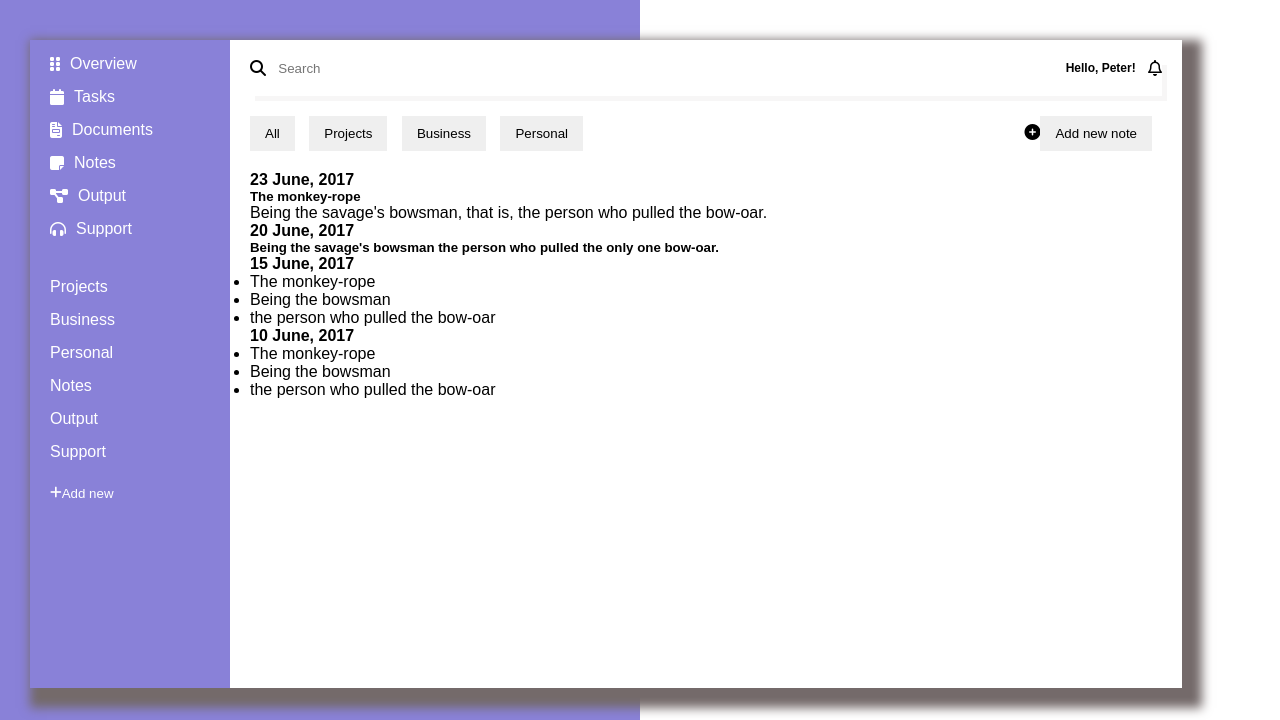
Repository: SatenikGabrielyan/HTML_CSS-_Assignment
Page: index.html
An editor plug-in stored every save of this project. The page is shown before and after a run of saves, followed by the edit.
The browser window is 1280 px wide. The pictures show the whole page.
Some web libraries are served in a nearby version.

Above is the page before, as saved 2025-03-18 00:34:33.

### index.html
<!DOCTYPE html>
<html lang="en">
  <head>
    <meta charset="UTF-8" />
    <meta name="viewport" content="width=device-width, initial-scale=1.0" />
    <title>Notes App</title>
    <link rel="stylesheet" href="./style.css" />
    <script src="https://kit.fontawesome.com/858d305f19.js" crossorigin="anonymous"></script>
</head>
  <body>
      <div class="cont">
          <div class="purp"></div>
          <div class="whit"></div>
      </div>
    <div class="container">
      <aside class="sidebar">
        <!-- <header class="circle">
            <i class="fa-regular fa-circle"></i>
        </header> -->
        <nav>
            <ul class="first">
                <li><i class="fa-solid fa-grip-vertical"></i>Overview</li>
                <li> <i class="fa-solid fa-calendar"></i>Tasks</li>
                <li><i class="fa-solid fa-file-invoice"></i>Documents</li>
                <li><i class="fa-solid fa-note-sticky"></i>Notes</li>
                <li><i class="fa-solid fa-diagram-project"></i>Output</li>
                <li><i class="fa-solid fa-headphones-simple"></i>Support</li>
            </ul>
            <ul class="second">
                <li>Projects</li>
                <li>Business</li>
                <li>Personal</li>
                <li>Notes</li>
                <li>Output</li>
                <li>Support</li>
            </ul>
        </nav>
        <button class="add-new"><i class="fa-solid fa-plus"></i>Add new</button>
        <div class="foot">

        </div>
    </aside>

    <main class="main-content">
       <div class="header">
            <i class="fas fa-search"></i>  <input type="text" placeholder="Search">
            <h3>Hello, Peter!</h3> <i class="fa-regular fa-bell"></i>
    </div>
    <div class="proj">
        <div class="but">
        <div class="tabs">
            <button>All</button>
            <button>Projects</button>
            <button>Business</button>
            <button>Personal</button>
        </div>
        <div >
            <i class="fa-solid fa-circle-plus"></i><button class="add tabs">Add new note</button>
        </div>
    </div>
        <!-- <div class="notes-grid">

            <div class="note-card">
                <h4>23 June, 2017</h4>
                <h5>The monkey-rope</h5>
                <p>Being the savage's bowsman, that is, the person who pulled the bow-oar.</p>
            </div>
            <div class="note-card">
                <h4>20 June, 2017</h4>
                <h5>Being the savage's bowsman</h5>
                <p>The person who pulled the only one bow-oar.</p>
            </div>
            <div class="note-card">
                <h4>1 June, 2017</h4>
                <h5>Vacation!</h5>
            </div>
            <div class="note-card">
                <h4>25 May, 2017</h4>
                <h5>The monkey-rope</h5>
                <p>Being the savage's bowsman, that is, the person who pulled the bow-oar.</p>
            </div>
            <div class="note-card">
                <h4>20 May, 2017</h4>
                <h5>New workplace</h5>
            </div>
            <div class="note-card">
                <h4>5 May, 2017</h4>
                <h5>That is, the person</h5>
                <p>Being the savage.</p>
            </div>
        </div> -->
        <div class="cards">
            <div class="card">
                <h4>23 June, 2017</h4>
                <h5>The monkey-rope</h5>
                <p>Being the savage's bowsman, that is, the person who pulled the bow-oar.</p>
            </div>
            <div class="card">
                <h4>20 June, 2017</h4>
                <h5>Being the savage's bowsman the person who pulled the only one bow-oar.</h5>
            </div>
            <div class="card">
                <h4>15 June, 2017</h4>
                <ul>
                <li>The monkey-rope</li>
                <li>Being the bowsman</li>
                <li>the person who pulled the bow-oar</li>
            </ul>
            </div>
            <div class="card">
                <h4>10 June, 2017</h4>
                <ul>
                    <li>The monkey-rope</li>
                    <li>Being the bowsman</li>
                    <li>the person who pulled the bow-oar</li>
                </ul>
            </div>
        </div>
    </div>
    </main>

    </div>

  </body>
</html>

### style.css
/* CSS Variables for Colors */
:root {
    --bg-color: #fbfbfb;
    --primary-color: #8981d8;
    --secondary-color: #d0d0d0;
    --text-color: #858499;
    --highlight-color: #7f77cc;
    --hover-color: rgba(137, 129, 216, 0.5);
  }


  * {
    margin: 0;
    padding: 0;
    box-sizing: border-box;
  }

  body {
    font-family: Arial, sans-serif;
    /* background-color: var(--bg-color); */
    display: flex;
    height: 100vh;
  }
  .wrapper{
    position: relative;
  }

  .cont{
      display: flex;
      width: 100%;
      position: relative;
      z-index: -1;
      border-radius: 10px;
  }
.purp {
    width: 50%;
    background-color: var(--primary-color);
    flex-direction: row;
}
.whit {
    width: 50%;
    /* background-color: lightgray; */
    flex-direction: row;
}
  .container {
    display: flex;
    width: 90%;
    height: 90%;

    box-shadow: 10px 10px 10px 10px rgb(116, 106, 106);
    margin-left: 30px;
    margin-right: 30px;
    margin-top: 40px;
    margin-bottom: 80px;
    background: center;
    position: absolute;
    z-index: 2;
  }

   .sidebar {
    width: 200px;
    background-color: var(--primary-color);
    color: #fff;
    display: flex;
    flex-direction: column;
    /* padding: 20px; */
  }

  /* .main-content li {
    float: left;
  }

  .main-content li a {
    display: block;
    color: white;
    text-align: center;
    padding: 14px 16px;
    text-decoration: none;
  }

  .main-content li a:hover:not(.active) {
    background-color: #111;
  } */
  /* .first {
    list-style-type: none;
     list-style: none;
} */
.first li {
    margin: 15px 0;
    display: flex;
    align-items: center;
    cursor: pointer;
    padding-left: 20px;
}
  .sidebar-header h2 {
    margin-bottom: 20px;
  }

  .first li i {
    margin-right: 10px;
  }
  .second {
      margin-top: 40px;
  }
 .second li {
    margin: 15px 0;
    display: flex;
    align-items: center;
    cursor: pointer;
    padding-left: 20px;
 }
 .second li::marker {
    color: red;
  }
  .main-content {
    background-color: white;
    /* width: 200px; */
    flex-grow: 1;
    flex: 1;
    /* padding-top: 20px; */
     padding: 20px;
    /* overflow-y: auto;  */
  }

   /* header {
    display: flex;
    justify-content: space-between;
    align-items: center;
    margin-bottom: 20px;
  } */

  /*
  .header-left p {
    font-size: 1.2em;
    color: var(--text-color);
  }

  .header-right {
    display: flex;
    align-items: center;
  }

  .header-right i {
    margin-right: 20px;
    cursor: pointer;
  }

  .add-note-btn {
    background-color: var(--primary-color);
    color: #fff;
    border: none;
    padding: 10px 20px;
    cursor: pointer;
    display: flex;
    align-items: center;
  }

  .add-note-btn i {
    margin-right: 10px;
  }


  .notes-grid {
    display: grid;
    grid-template-columns: repeat(auto-fill, minmax(300px, 1fr));
    gap: 20px;
  }

  .note-item {
    background-color: #fff;
    border-radius: 8px;
    box-shadow: 0 2px 4px rgba(0, 0, 0, 0.1);
    overflow: hidden;
    display: flex;
    flex-direction: column;
    padding: 20px;
  }

  .note-item img {
    width: 100%;
    height: auto;
    border-radius: 8px;
    margin-bottom: 15px;
  }

  .note-item p {
    color: var(--text-color);
    font-size: 1em;
    line-height: 1.5;
  }


  .sidebar-list li:hover {
    background-color: var(--highlight-color);
    transition: background-color 0.3s ease;
  }


  @media (max-width: 768px) {
    .container {
      flex-direction: column;
    }

    .sidebar {
      width: 100%;
      flex-direction: row;
      justify-content: space-around;
      padding: 10px;
    }

    .sidebar-list {
      display: flex;
      flex-direction: row;
      gap: 15px;
    }

    .sidebar-list li {
      margin: 0;
    }

    .main-content {
      padding: 10px;
    }

    header {
      flex-direction: column;
      align-items: flex-start;
    }

    .header-right {
      margin-top: 10px;
    }

    .notes-grid {
      grid-template-columns: 1fr;
    }

    .note-item {
      padding: 10px;
    }

    .note-item img {
      margin-bottom: 10px;
    }
  } */
  /* .sidebar {
    background-color: #5e4b9a;
    color: white;
    width: 300px;
    padding: 20px;
} */

/* .sidebar header {
    font-size: 24px;
}

.sidebar nav ul {
    list-style: none;
    padding: 0;
}

.sidebar nav ul li {
    margin: 15px 0;
} */

.add-new {
    background-color: var(--primary-color);
    color: white;
    border: none;
    padding: 10px;
    cursor: pointer;
    display: flex;
    padding-left: 20px;
}

.header {
    display: flex;
    width: 100%;
    justify-content: space-between;
    align-items: center;
    background-color: white;
    box-shadow: 5px  5px rgb(247, 246, 246);
    padding-bottom: 20px;
}

.header input {
    border: none;
    margin: 0;
    width: 85%;
}

.header h3 {
    margin: 0;
    font-size: 12px;
}

.tabs {
    margin: 20px 0;
}

.tabs button {
    margin-right: 10px;
    padding: 10px 15px;
    border: none;
    /* background-color: #e2e2e2; */
    cursor: pointer;
}
.tabs :hover {
    background-color: var(--highlight-color);
    transition: background-color 0.3s ease;
  }

.notes-grid {
    display: grid;
    grid-template-columns: repeat(auto-fill, minmax(240px, 1fr));
    gap: 20px;
}
.but{
    display: flex;
    flex-direction: row;
    justify-content: space-between;
}
.add {
    margin-right: 10px;
    padding: 10px 15px;
    border: none;
    cursor: pointer;
}

.note-card {
    border: 1px solid #e2e2e2;
    border-radius: 10px;
    padding: 15px;
    background-color: #f9f9f9;
}

.note-card h4 {
    margin: 0;
    font-weight: normal;
}

.note-card h5 {
    margin: 10px 0;
}

After the next 4 saves:
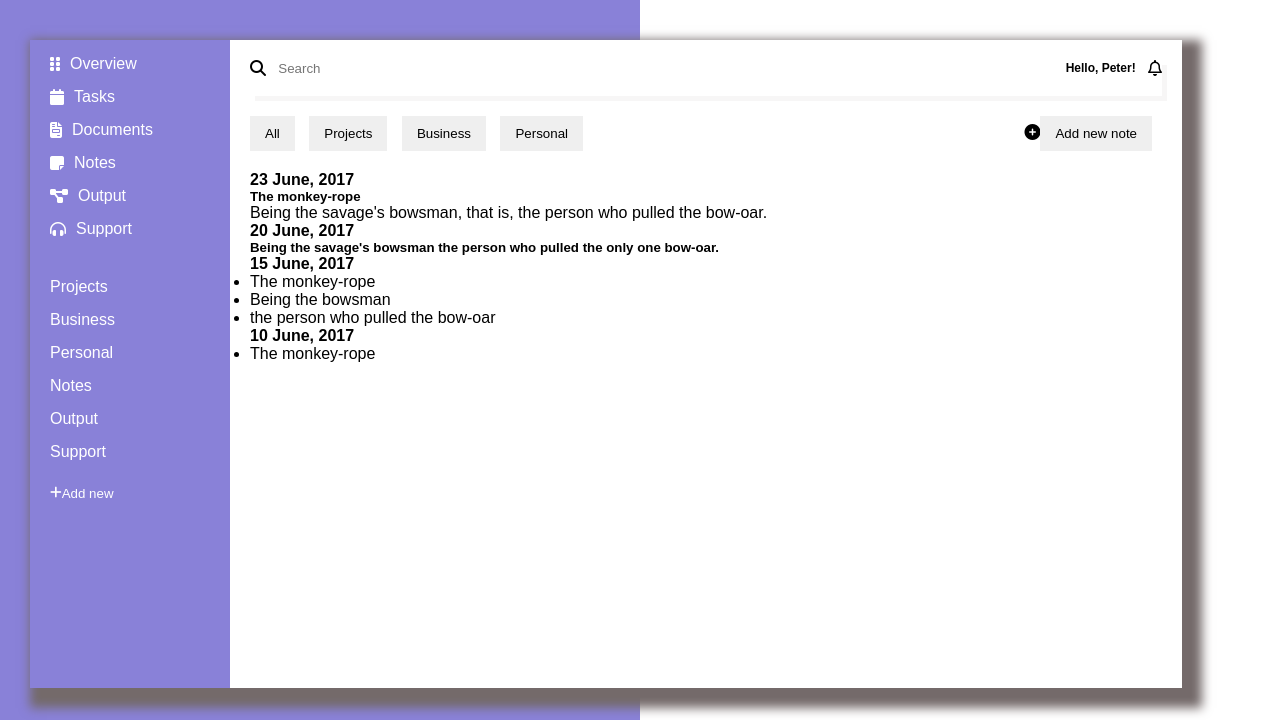
The 4 saves are shown as one change because they came seconds apart.
The last was saved 19 s later.
--- a/index.html
+++ b/index.html
@@ -111,8 +111,6 @@
                 <h4>10 June, 2017</h4>
                 <ul>
                     <li>The monkey-rope</li>
-                    <li>Being the bowsman</li>
-                    <li>the person who pulled the bow-oar</li>
                 </ul>
             </div>
         </div>
